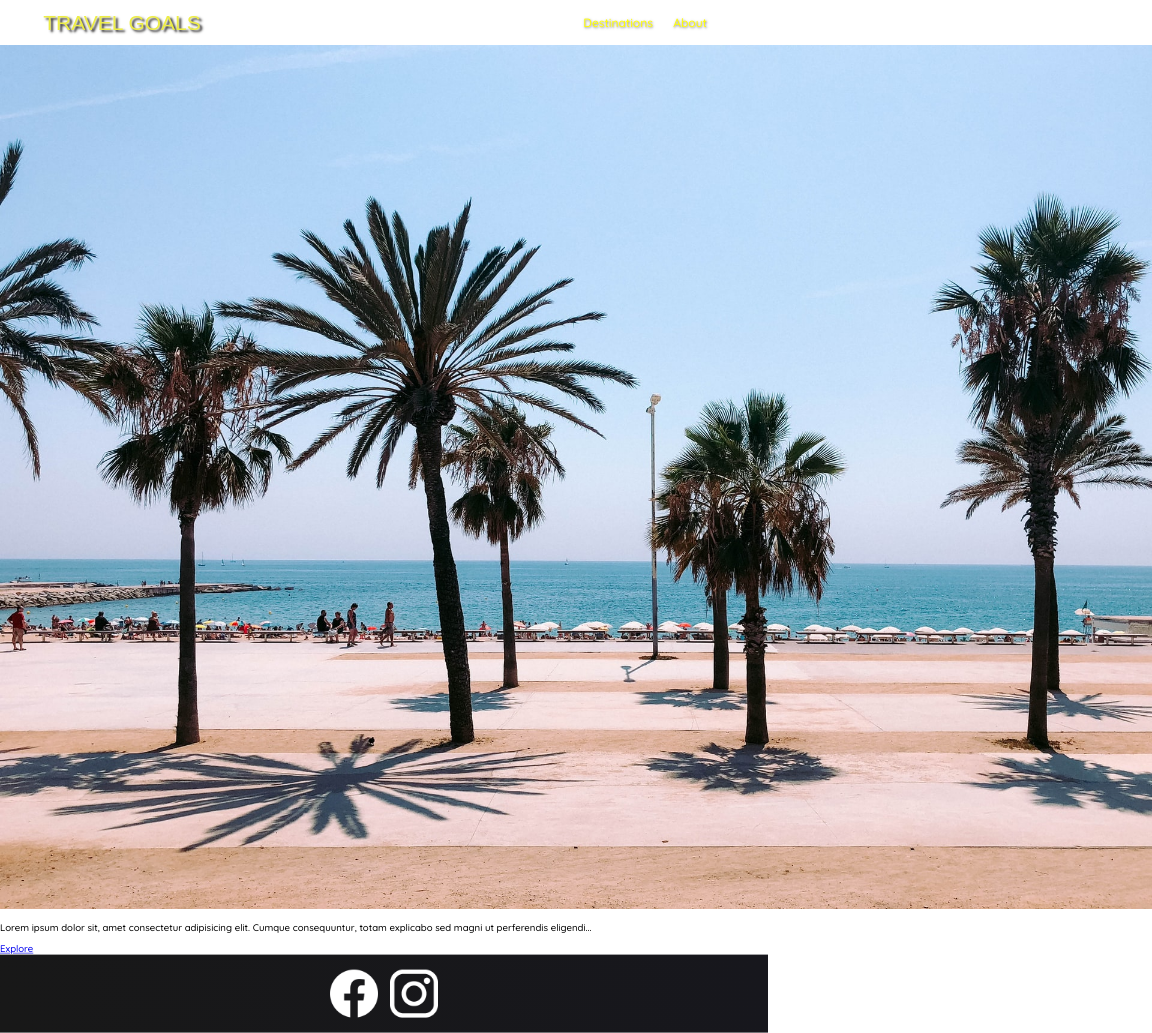
Repository: MicTomm/Travel-Goals
Page: places.html
The author's editor kept a copy of each file at every save. The page is drawn from the files as they stood at one save, then again after the next save.
The browser window is 1280 px wide. The page is 1920 px wide, so the pictures cover 1920 px, including what lies to the right of the window. The pictures show the whole page, at 60% of full size.
Some web fonts or font styles are not loaded; a fallback is used.

Above is the page before, as saved 2023-06-08 20:06:33.

### places.html
<!DOCTYPE html>
<html lang="it">

<head>
    <meta charset="UTF-8">
    <title>Travel Goals</title>
    <link rel="stylesheet"
        href="https://fonts.googleapis.com/css2?family=Raleway:wght@700&family=Oleo+Script:wght@700&family=Quicksand:wght@300;500&display=swap">
    <link href="/styles/shared.css" rel="stylesheet">
    <link href="/styles/places.css" rel="stylesheet">
</head>

<body>
    <header>
        <div id="logo">
            <a href="/index.html">Travel Goals</a>
        </div>
        <nav>
            <ul>
                <li><a href="/places.html">Destinations</a></li>
                <li><a href="">About</a></li>
            </ul>
        </nav>
    </header>
    <main>
        <ul>
            <li>
                <img src="images/places/barcelona.jpg" alt="Barcelona">
                <div>
                    <p>Lorem ipsum dolor sit, amet consectetur adipisicing elit. Cumque consequuntur, totam explicabo sed magni ut perferendis eligendi...</p>
                </div>
                <div>
                    <a href="https://en.wikipedia.org/wiki/Barcelona">Explore</a>
                </div>
            </li>
        </ul>
    </main>
    <footer>
        <ul>
            <li>
                <a href="https://www.facebook.com/" title="facebook">
                    <img src="/images/icons/facebook.png" alt="facebook-icon">
                </a>
            </li>
            <li>
                <a href="https://www.instagram.com/" title="instagram">
                    <img src="/images/icons/insta.png" alt="instagram-icon">
                </a>
            </li>
    </footer>
</body>

</html>

### styles/shared.css
body {
    margin: 0px;
    font-family: 'Quicksand', sans-serif;
}

ul {
    list-style: none;
    padding: 0px;
    margin: 0px;
}

header {
    display: flex;
    justify-content: space-between;
    align-items: center;
    padding: 15px 60px;
    position: absolute;
    width: 100%;
    top: 0;
    left: 0;
    box-sizing: border-box;
}

header ul {
    margin: 10px;
    display: flex;
    justify-content: space-between;
    width: 250px;
}

header li {
    width: 100px;
}

header a {
    color: yellow;
    text-decoration: none;
    font-size: 20px;
    padding: 12px;
    text-shadow: 1px 1px 4px rgba(0, 0, 0, 0.5);
}

header a:hover {
    background-color: yellow;
    box-shadow: 2px 2px 4px rgba(0, 0, 0, 0.5);
    color: rgb(67, 60, 60);
    text-shadow: 1px 1px 2px rgb(0, 0, 0, 0.5);
    border-radius: 8px;
}

footer{
    background: linear-gradient(70deg, rgb(24, 24, 24), rgb(23, 23, 29));
    padding: 25px;
}

footer ul{
    display: flex;
    justify-content: center;
}

footer li{
    width: 80px;
    height: 80px;
    margin: 0px 10px;
}

footer img{
    width: 100%;
    height: 100%;
}

#logo a {
    font-family: 'Oleo script', sans-serif;
    font-size: 35px;
    text-decoration: none;
    color: rgb(237, 237, 70);
    text-shadow: 4px 4px 4px rgb(31, 29, 29);
    text-transform: uppercase;
}

#logo a:hover {
    background-color: transparent;

}

### styles/places.css
body{
    background: 77deg, rgb(77, 77, 77), rgb(81, 81, 81);
}
/*
    position: static sovrascrive il comportamento impostato per l'header nel file shared.css, al fine
    di evitare la sovrapposizione delle prime card sull'header
*/
header{
    position: static;
}

After the next save:
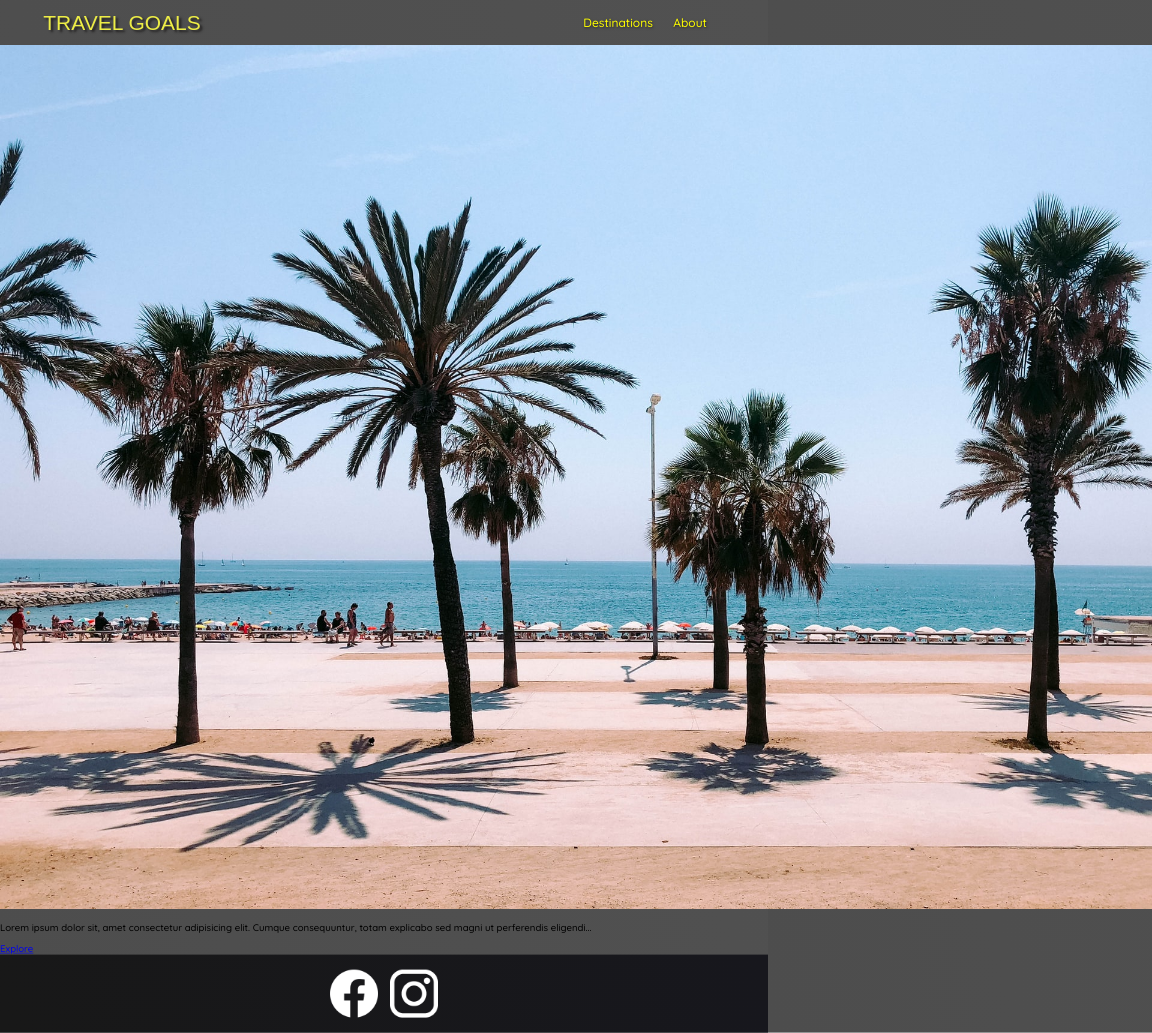
Saved 83 s later.
--- a/styles/places.css
+++ b/styles/places.css
@@ -1,5 +1,5 @@
 body{
-    background: 77deg, rgb(77, 77, 77), rgb(81, 81, 81);
+    background: linear-gradient(77deg, rgb(77, 77, 77), rgb(81, 81, 81));
 }
 /*
     position: static sovrascrive il comportamento impostato per l'header nel file shared.css, al fine
